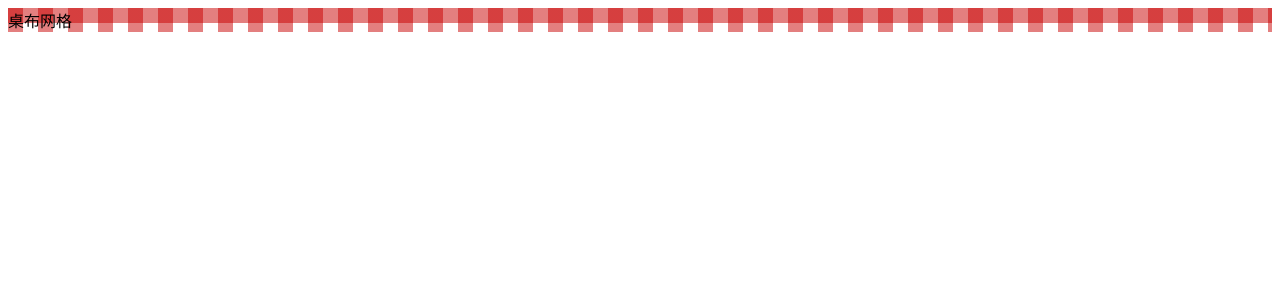
Repository: Gin1217/frontStudy
Page: tablecloth.html
The author's editor kept a copy of each file at every save. The page is drawn from the files as they stood at one save, then again after the next save.
The browser window is 1280 px wide. The pictures show the whole page.

Above is the page before, as saved 2021-03-08 20:21:04.

### tablecloth.html
<!DOCTYPE html>
<html lang="en">

<head>
    <meta charset="UTF-8">
    <meta http-equiv="X-UA-Compatible" content="IE=edge">
    <meta name="viewport" content="width=device-width, initial-scale=1.0">
    <title>桌布效果</title>

    <style>
        .tablecloth {
            background: white;
            background-image: linear-gradient(90deg, rgba(200, 0, 0, .5) 50%, transparent 0),
                linear-gradient(rgba(200, 0, 0, .5) 50%, transparent 0);
            background-size: 30px 30px;
        }
    </style>
</head>

<body>
    <div class="tablecloth">桌布⽹格</div>

</body>

</html>

After the next save:
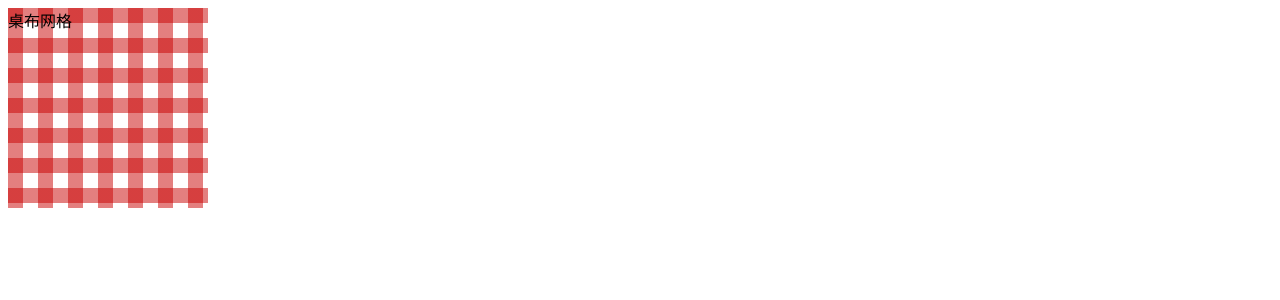
Saved 85 s later.
--- a/tablecloth.html
+++ b/tablecloth.html
@@ -13,6 +13,8 @@
             background-image: linear-gradient(90deg, rgba(200, 0, 0, .5) 50%, transparent 0),
                 linear-gradient(rgba(200, 0, 0, .5) 50%, transparent 0);
             background-size: 30px 30px;
+            height: 200px;
+            width: 200px;
         }
     </style>
 </head>
